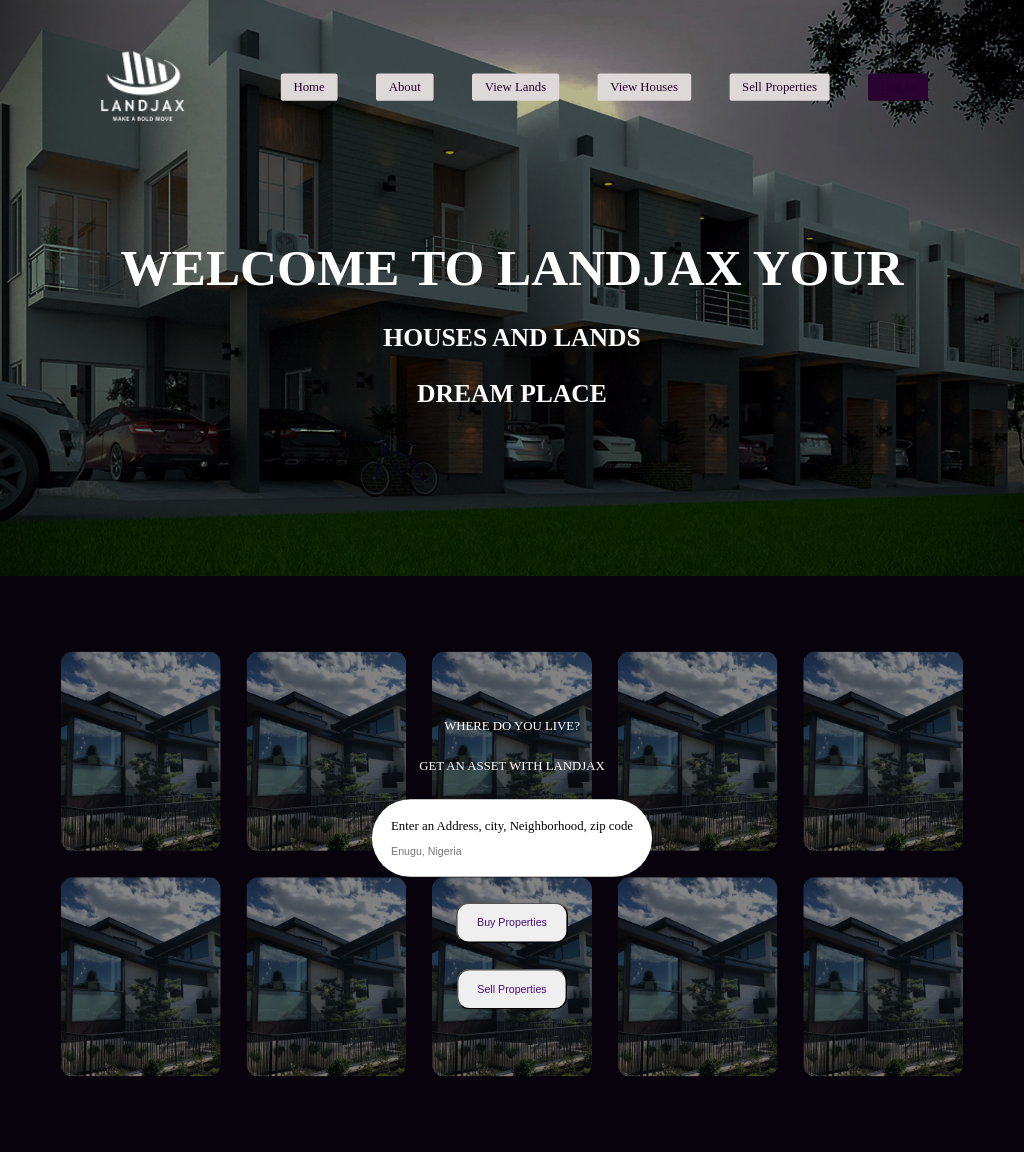
Repository: NorVirae/landjax-frontend
Page: /
These files come from the project's save history. The page is drawn as it stood at one moment and after a run of saves; the edit follows.
The browser window is 1280 px wide. The pictures show the whole page, at 80% of full size.
The project was rebuilt for these pictures with package versions that can differ from the ones it lists, and the page was loaded fresh each time. The framework's server and built-in components were replaced by stand-ins that run in the browser. Also part of the build but not shown: next.config.js.

Above is the page before, as saved 2022-07-02 16:21:51.

After the next 4 saves:
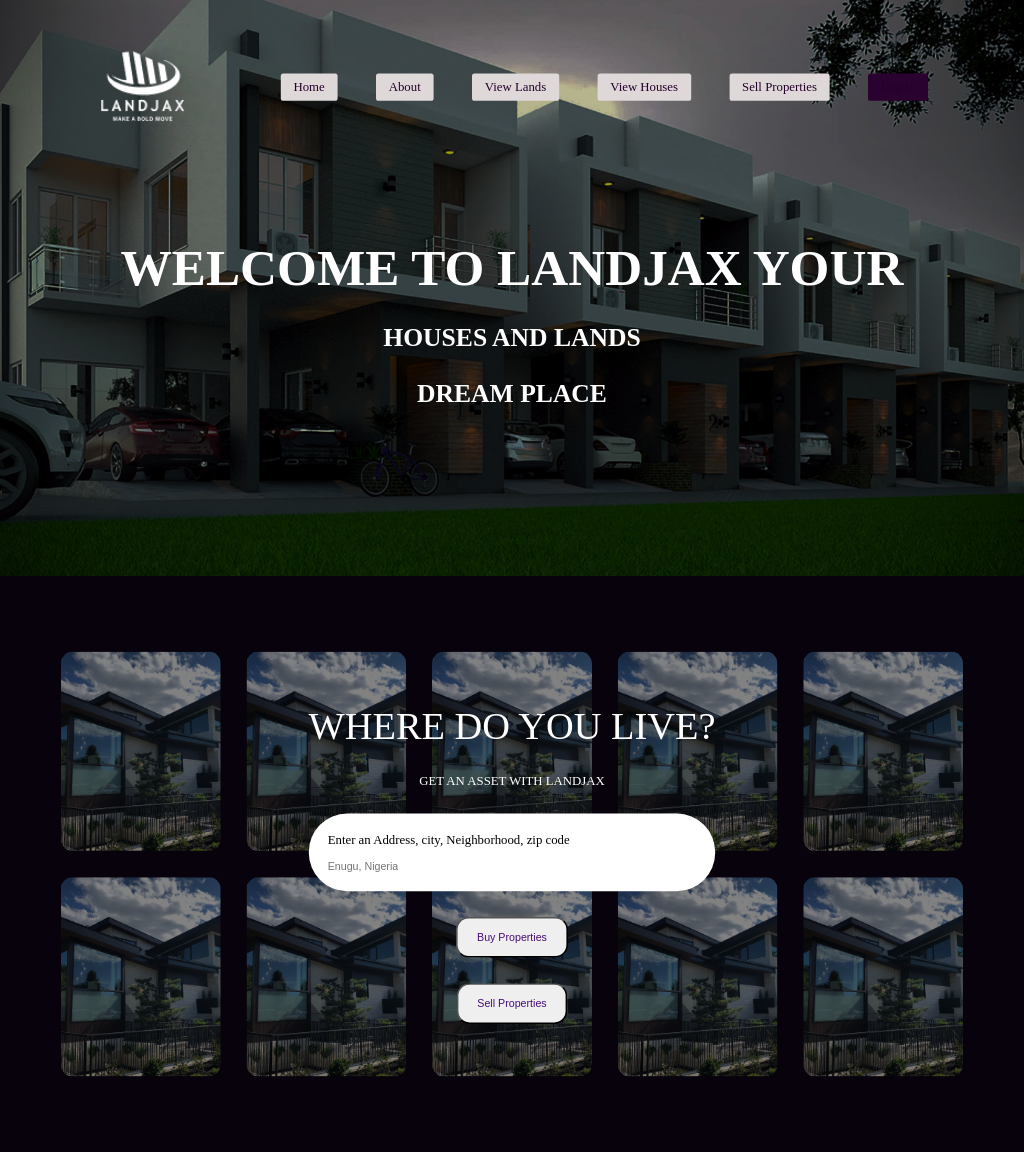
The 4 saves are shown as one change because they came seconds apart.
The last was saved 26 s later.
--- a/pages/index.tsx
+++ b/pages/index.tsx
@@ -48,7 +48,7 @@
           </div>
 
           <section className='house__intro'>
-            <p> WHERE DO YOU LIVE?</p>
+            <p className='house__live'> WHERE DO YOU LIVE?</p>
             <p> GET AN ASSET WITH <span>LANDJAX</span></p>
 
             <div className='house__form-group'>
